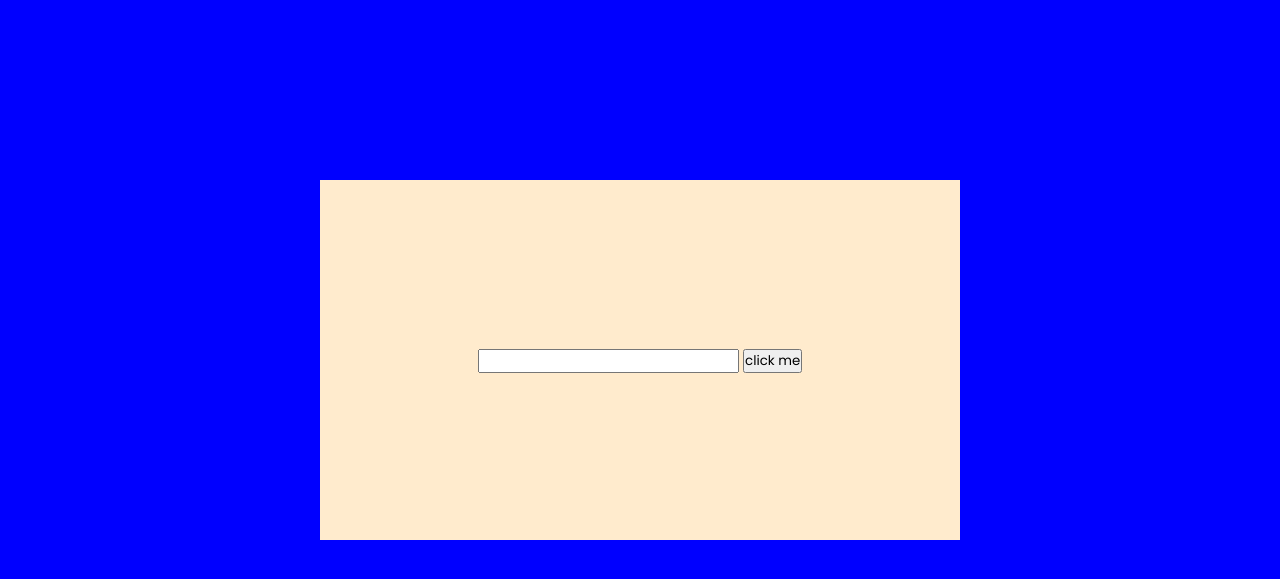
Repository: NarekTovmasyan/promise
Page: inex.html
These files come from the project's save history. The page is drawn as it stood at one moment and after the next save; the edit follows.
The browser window is 1280 px wide. The pictures show the whole page.

Above is the page before, as saved 2022-02-21 20:33:48.

### inex.html
<!DOCTYPE html>
<html lang="en">

<head>
    <meta charset="UTF-8">
    <meta http-equiv="X-UA-Compatible" content="IE=edge">
    <meta name="viewport" content="width=device-width, initial-scale=1.0">
    <title>Document</title>
    <link rel="stylesheet" href="./style.css">
</head>

<body>
    <div class="body">
        <div class="conteiner">
            <div class="main">
                <input type="number">
                <button class="btn">click me</button>
                <div class="table"></div>
            </div>
        </div>
    </div>
    <script src="./script.js"></script>
</body>

</html>

### style.css
@import url('https://fonts.googleapis.com/css2?family=Poppins:wght@200;300;400;500;600;700&display=swap');
* {
    margin: 0;
    padding: 0;
    box-sizing: border-box;
    font-family: 'Poppins', sans-serif;
}

.body {
    background-color: blue;
    position: absolute;
    width: 100%;
    height: 100%;
    display: flex;
    align-items: center;
    justify-content: center;
}

.conteiner {
    background-color: blanchedalmond;
    position: relative;
    width: 50%;
    height: 50%;
    display: flex;
    align-items: center;
    justify-content: center;
}


/* .main{

} */


/* .btn {

} */

### script.js
// const myBirthday = (isSick) => {
//     return new Promise(function (resolve, reject) {
//       if (!isSick) {
//         setTimeout(() => resolve(2), 2000);
//       } else {
//         reject("I dont have cake :разочарование_облегчение:");
//       }
//     });
//   };
//   const handleCake = async () => {
//     try {
//       let result = await myBirthday(true); // result = 2
//       console.log(`I have ${result} cakes :день_рождения:`);
//     } catch (err) {
//       console.log(err);
//     } finally {
//       console.log("Party");
//     }
//   };
//   handleCake();



// myBirthday(true)
//   .then((result) => console.log(`I have ${result} cakes :день_рождения:`))
//   .catch((err) => console.log(err))
//   .finally(() => console.log("Party"));


// let number = 5;

// function compare(argument) {
//     return new Promise(function(resolve, reject) {
//         if (number > argument) {
//             resolve(number)
//         } else {
//             reject(new Error("oops"))
//         }
//     })
// };
// compare(6).then(function(number) {
//     console.log(number);
// }).catch(function(error) {
//     console.log(error);
// }).finally(() => {
//     console.log("barlus");
// })

After the next save:
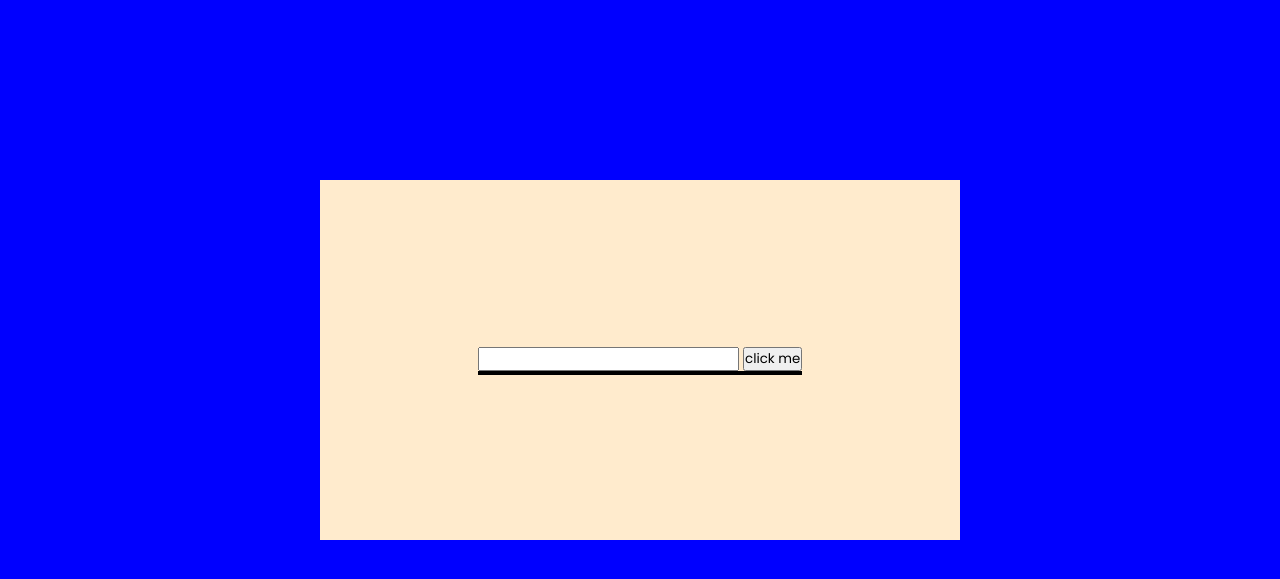
Saved 34 s later.
--- a/style.css
+++ b/style.css
@@ -35,3 +35,7 @@
 /* .btn {
 
 } */
+
+.table {
+    border: 2px solid black;
+}
